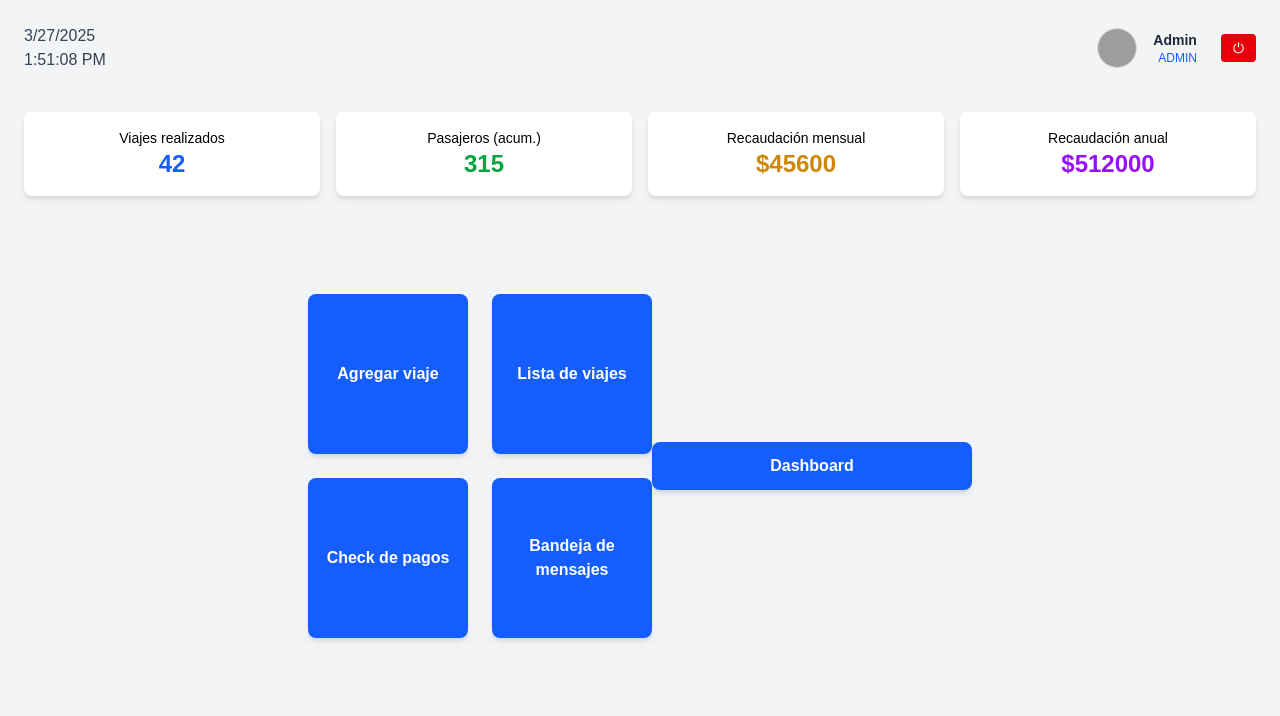
Repository: francoluca35/appcolectivos
Page: /homeadmin
An editor plug-in stored every save of this project. The page is shown before and after the next save, followed by the edit.
The browser window is 1280 px wide. The pictures show the whole page.
Pictures or frames that could not be fetched are drawn as grey boxes. The project was rebuilt for these pictures with package versions that can differ from the ones it lists, and the page was loaded fresh each time. The framework's server and built-in components were replaced by stand-ins that run in the browser. Also part of the build but not shown: next.config.mjs.

Above is the page before, as saved 2025-03-27 23:11:44.

### src/app/homeadmin/page.js
"use client";

import React, { useEffect, useState } from "react";
import { useRouter } from "next/navigation";
import EstadisticasPanel from "../components/EstadisticasPanel";

export default function HomeAdmin() {
  const [fechaHora, setFechaHora] = useState(new Date());
  const router = useRouter();

  const usuario = JSON.parse(localStorage.getItem("adminUser")) || {
    username: "Admin",
    role: "admin",
  };
  const stats = {
    cantidadViajes: 42,
    cantidadPasajeros: 315,
    recaudacionMensual: 45600,
    recaudacionAnual: 512000,
  };

  useEffect(() => {
    const interval = setInterval(() => setFechaHora(new Date()), 1000);
    return () => clearInterval(interval);
  }, []);

  const botones = [
    { texto: "Agregar viaje", ruta: "/agregarviaje" },
    { texto: "Lista de viajes", ruta: "/listaviajes" },
    { texto: "Check de pagos", ruta: "/checkpagos" },
    { texto: "Bandeja de mensajes", ruta: "/mensajes" },
  ];

  return (
    <div className="min-h-screen bg-gray-100 p-6 flex flex-col">
      {/* Header */}
      <div className="flex justify-between items-center mb-10">
        {/* Fecha y hora */}
        <div className="text-gray-700 font-medium">
          <p>{fechaHora.toLocaleDateString()}</p>
          <p>{fechaHora.toLocaleTimeString()}</p>
        </div>


<div className="flex items-center gap-4">
  <img
    src="/avatar.png"
    alt="User Avatar"
    className="w-10 h-10 rounded-full border border-gray-300"
  />
  <div className="text-right">
    <p className="text-sm font-bold text-gray-800">{usuario.username}</p>
    <p className="text-xs text-blue-600 uppercase">{usuario.role}</p>
  </div>
  <button
    onClick={() => {
      localStorage.removeItem("adminUser");
      router.push("/admin");
    }}
    className="ml-2 px-3 py-1 text-sm text-white bg-red-600 rounded hover:bg-red-700 transition"
  >
    ⏻
  </button>
</div>

      </div>
      <EstadisticasPanel stats={stats} />

      {/* Cuadrícula de botones */}
      <div className="flex-grow flex justify-center items-center relative">
  {/* Cuadrícula de botones */}
  <div className="grid grid-cols-2 gap-6">
    {botones.map((btn, i) => (
      <button
        key={i}
        onClick={() => router.push(btn.ruta)}
        className="w-40 h-40 bg-blue-600 text-white font-semibold text-center rounded-lg shadow-md hover:bg-blue-700 transition"
      >
        {btn.texto}
      </button>
    ))}
  </div>
  <button
    onClick={() => router.push("/dashboard")}
    className="w-80 h-12 bg-blue-600 text-white font-semibold rounded-lg shadow-md hover:bg-blue-700 transition"
  >
    Dashboard
  </button>

  {/* Botón de logout al centro */}

</div>
    </div>
  );
}

### src/app/components/EstadisticasPanel.js
import React from "react";

export default function EstadisticasPanel({ stats }) {
  return (
    <div className="grid grid-cols-2 md:grid-cols-4 gap-4 mb-10">
      <div className="bg-white shadow-md rounded-lg p-4 text-center">
        <p className="text-sm text-black">Viajes realizados</p>
        <p className="text-2xl font-bold text-blue-600">{stats.cantidadViajes}</p>
      </div>
      <div className="bg-white shadow-md rounded-lg p-4 text-center">
        <p className="text-sm text-black">Pasajeros (acum.)</p>
        <p className="text-2xl font-bold text-green-600 ">{stats.cantidadPasajeros}</p>
      </div>
      <div className="bg-white shadow-md rounded-lg p-4 text-center">
        <p className="text-sm text-black">Recaudación mensual</p>
        <p className="text-2xl font-bold text-yellow-600">${stats.recaudacionMensual}</p>
      </div>
      <div className="bg-white shadow-md rounded-lg p-4 text-center">
        <p className="text-sm text-black">Recaudación anual</p>
        <p className="text-2xl font-bold text-purple-600">${stats.recaudacionAnual}</p>
      </div>
    </div>
  );
}

Loaded but not shown: src/app/layout.js (common file); src/app/globals.css (common file)

After the next save:
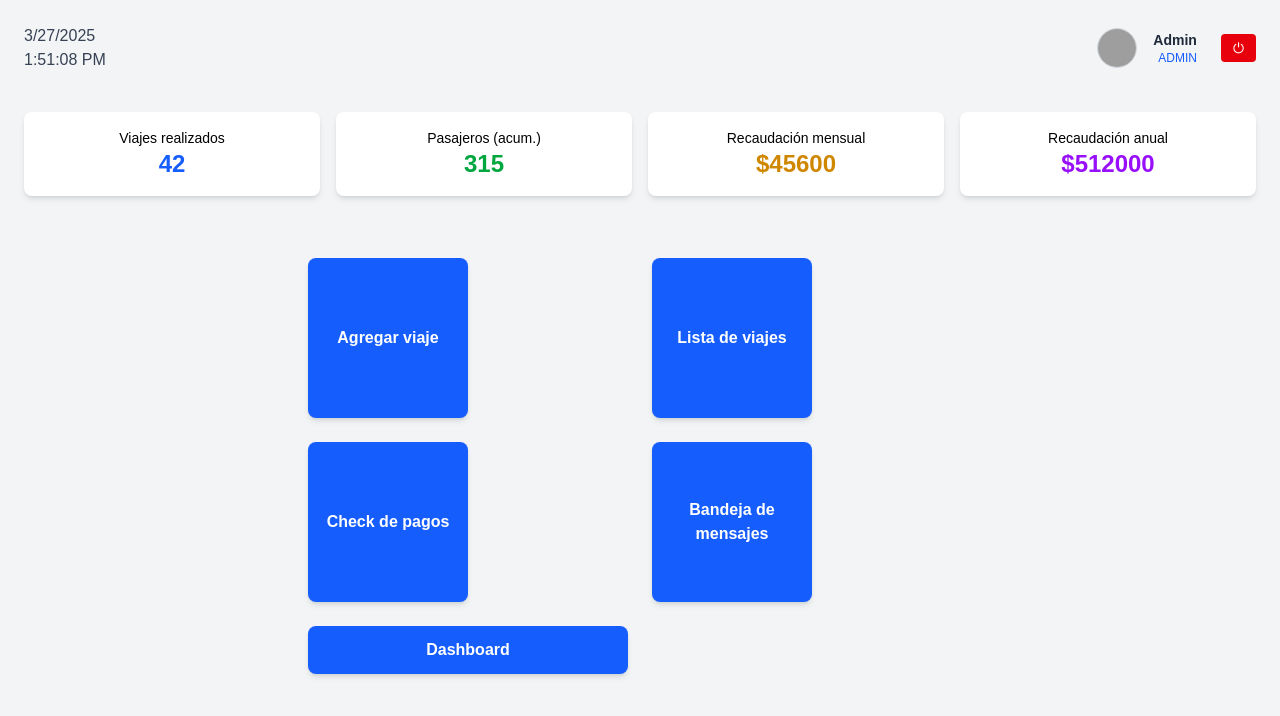
Saved 14 s later.
--- a/src/app/homeadmin/page.js
+++ b/src/app/homeadmin/page.js
@@ -79,13 +79,14 @@ export default function HomeAdmin() {
         {btn.texto}
       </button>
     ))}
-  </div>
-  <button
+     <button
     onClick={() => router.push("/dashboard")}
     className="w-80 h-12 bg-blue-600 text-white font-semibold rounded-lg shadow-md hover:bg-blue-700 transition"
   >
     Dashboard
   </button>
+  </div>
+
 
   {/* Botón de logout al centro */}
 
